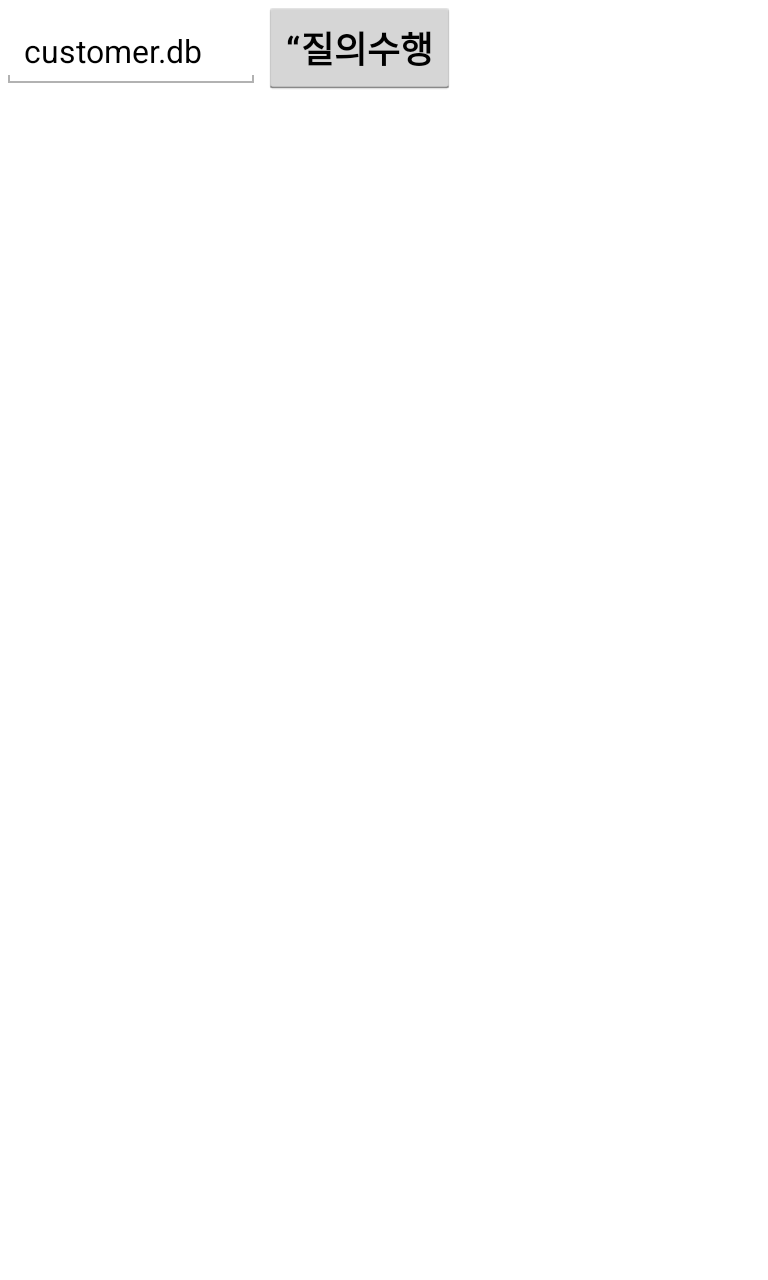
Repository: tae-jun/android
Layout: i1114_db_cursor/res/layout/activity_main.xml
The author's editor kept a copy of each file at every save. The layout is drawn from the files as they stood at one save, then again after the next save.
It is drawn on a 768 x 1280 px phone screen (xhdpi) without system bars, with theme AppTheme; the app's code is not run.

Above is the layout before, as saved 2014-11-14 01:08:10.

### i1114_db_cursor/res/layout/activity_main.xml
<LinearLayout xmlns:android="http://schemas.android.com/apk/res/android"
    xmlns:tools="http://schemas.android.com/tools"
    android:layout_width="match_parent"
    android:layout_height="match_parent"
    android:orientation="vertical" >

    <LinearLayout
        android:layout_width="wrap_content"
        android:layout_height="wrap_content"
        android:orientation="horizontal" >

        <EditText
            android:id="@+id/input01"
            android:layout_width="wrap_content"
            android:layout_height="wrap_content"
            android:hint="“데이터베이스명"
            android:text="customer.db"
            android:textSize="16dp" >
        </EditText>

        <Button
            android:id="@+id/queryBtn"
            android:layout_width="wrap_content"
            android:layout_height="wrap_content"
            android:text="“질의수행"
            android:textStyle="bold" >
        </Button>
    </LinearLayout>

    <ScrollView
        id=""
        android:layout_width="match_parent"
        android:layout_width="match_parent“
android:layout_height="
        android:layout_height="match_parent” >
&lt;TextView
android:id="
        match_parent=""
        status=""
        android:background="#ff99ccee"
        android:textColor="#ff0000ff"
        android:textSize="14dp" >

        <TextView>
        </TextView>
    </ScrollView>

</LinearLayout>

Loaded but not shown: i1114_db_cursor/res/values/styles.xml (common file); i1114_db_cursor/res/values-v11/styles.xml (common file); i1114_db_cursor/res/values-v14/styles.xml (common file)

After the next save:
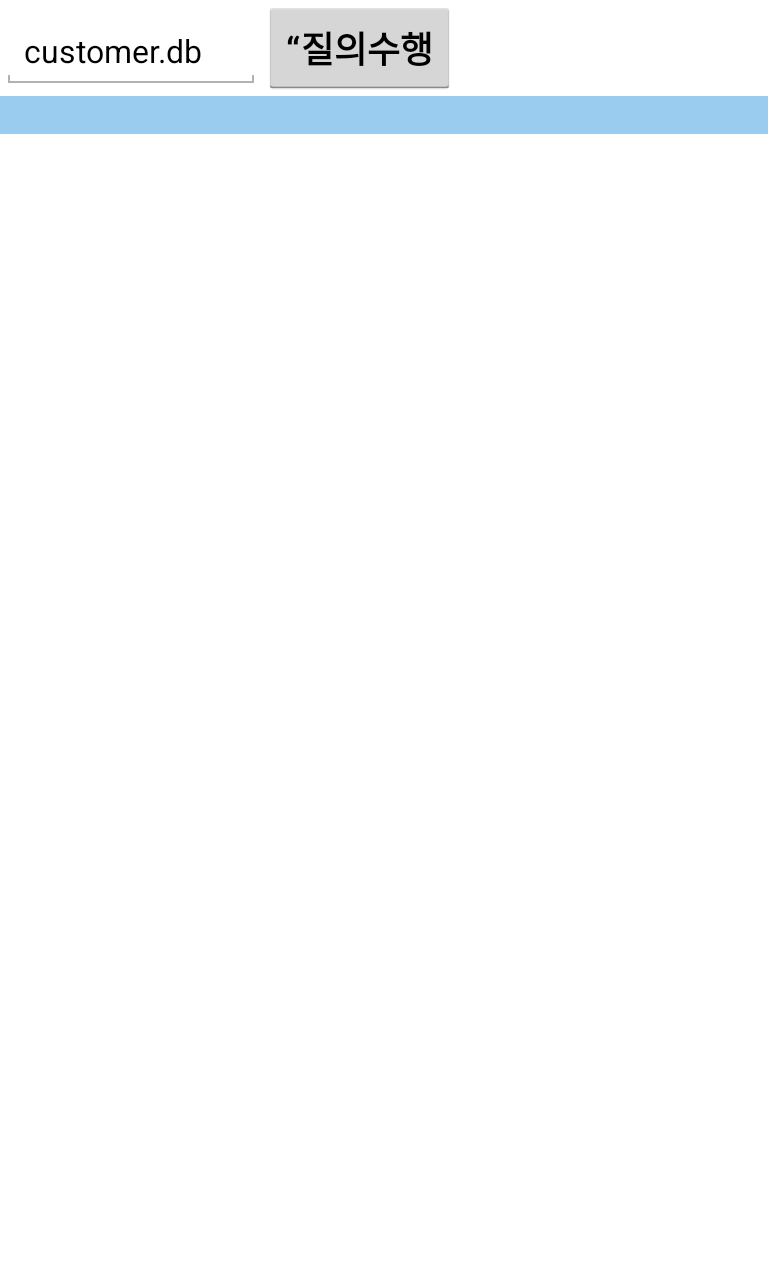
Saved 2 min 0 s later.
--- a/i1114_db_cursor/res/layout/activity_main.xml
+++ b/i1114_db_cursor/res/layout/activity_main.xml
@@ -28,20 +28,16 @@
     </LinearLayout>
 
     <ScrollView
-        id=""
         android:layout_width="match_parent"
-        android:layout_width="match_parent“
-android:layout_height="
-        android:layout_height="match_parent” >
-&lt;TextView
-android:id="
-        match_parent=""
-        status=""
-        android:background="#ff99ccee"
-        android:textColor="#ff0000ff"
-        android:textSize="14dp" >
+        android:layout_height="match_parent" >
 
-        <TextView>
+        <TextView
+            android:id="@+id/status"
+            android:layout_width="match_parent"
+            android:layout_height="match_parent"
+            android:background="#ff99ccee"
+            android:textColor="#ff0000ff"
+            android:textSize="14dp" >
         </TextView>
     </ScrollView>
 
